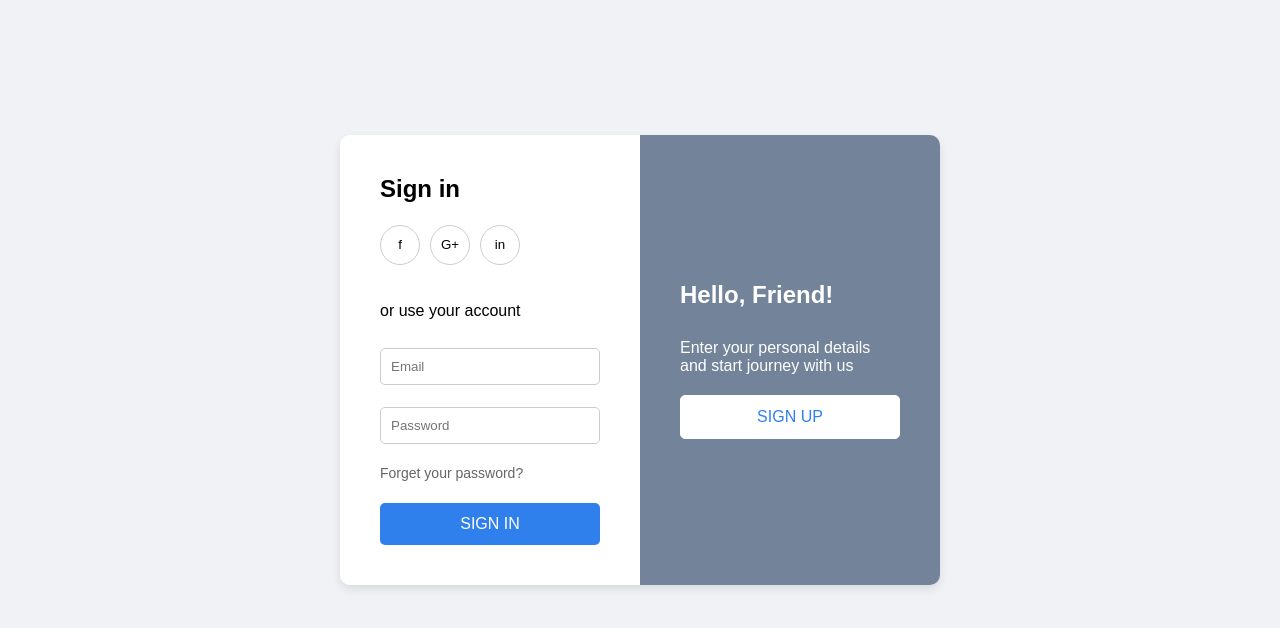
Repository: lavanya787/ml_system
Page: http://localhost/
An editor plug-in stored every save of this project. The page is shown before and after the next save, followed by the edit.
The browser window is 1280 px wide. The pictures show the whole page.
The page is served by the project's application, run on Flask 3 (flask_app.py).

Above is the page before, as saved 2025-06-03 16:00:48.

After the next save:
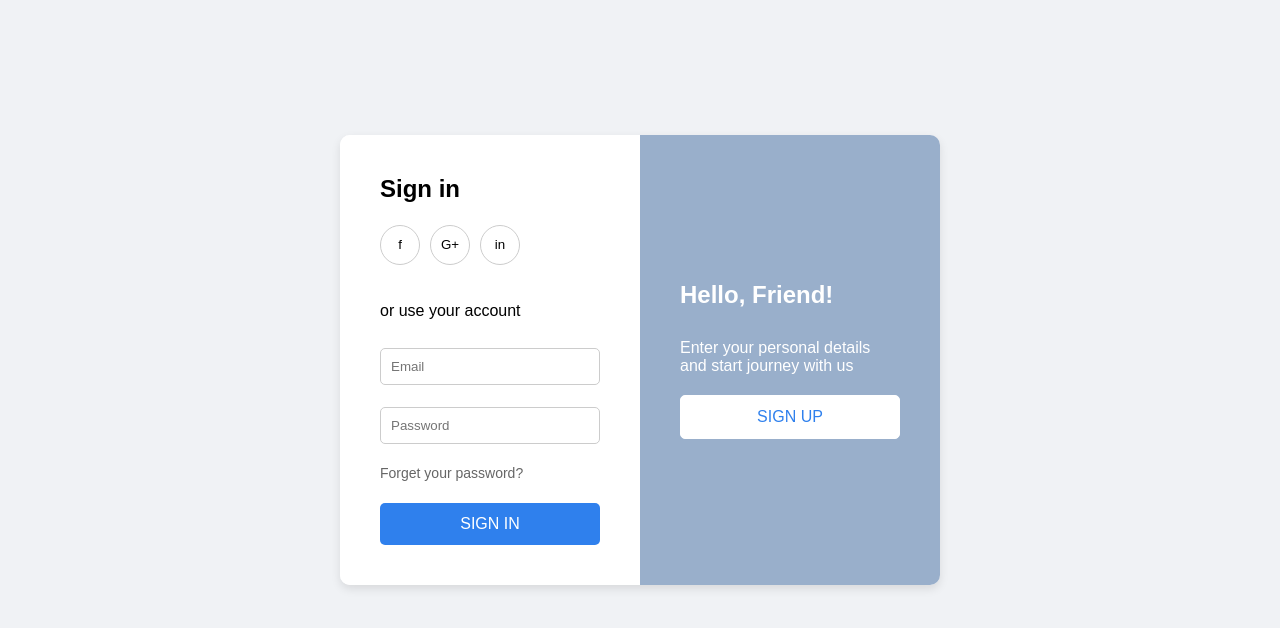
Saved 1 s later.
--- a/static/style.css
+++ b/static/style.css
@@ -56,7 +56,7 @@ body {
 }
 
 .welcome-section {
-    background: #72839a; /* Professional Blue */
+    background: #99afcb; /* Professional Blue */
     color: white;
     display: flex;
     flex-direction: column;
